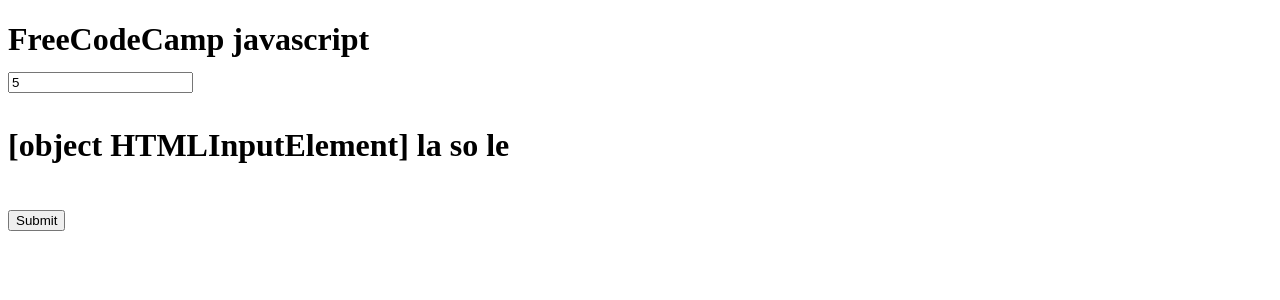
Repository: cuongcay/Clone_YB
Page: FreeCodeCamp.html
An editor plug-in stored every save of this project. The page is shown before and after a run of saves, followed by the edit.
The browser window is 1280 px wide. The pictures show the whole page.
Empty fields were first filled with sample values (such as "Sample", 5 or name@example.com).
After loading, the first visible `#submit` was clicked once.

Above is the page before, as saved 2022-08-02 16:00:42.

After the next 2 saves:
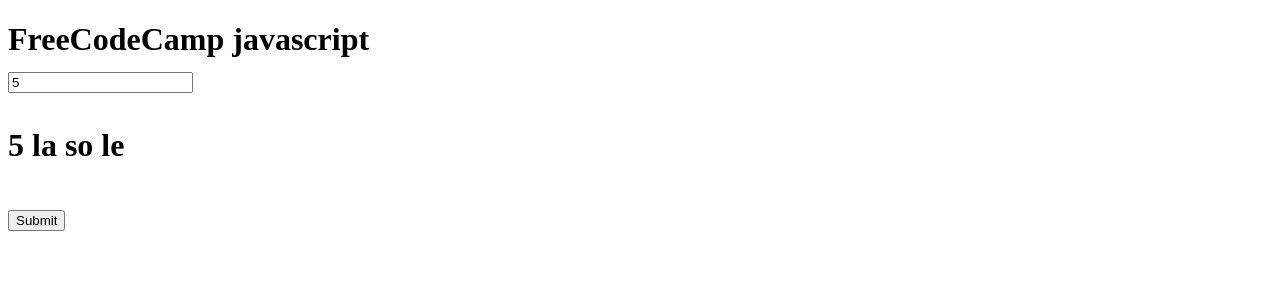
The 2 saves are shown as one change because they came seconds apart.
The last was saved 6 s later.
--- a/FreeCodeCamp.js
+++ b/FreeCodeCamp.js
@@ -9,10 +9,10 @@
 
     switch(mod){
         case 1:
-            hello.innerHTML = `${input} la so le`;
+            hello.innerHTML = `${inputt} la so le`;
             break;
         case 0:
-            hello.innerHTML = `${input} la so chan`;
+            hello.innerHTML = `${inputt} la so chan`;
             break;
     }
 }
